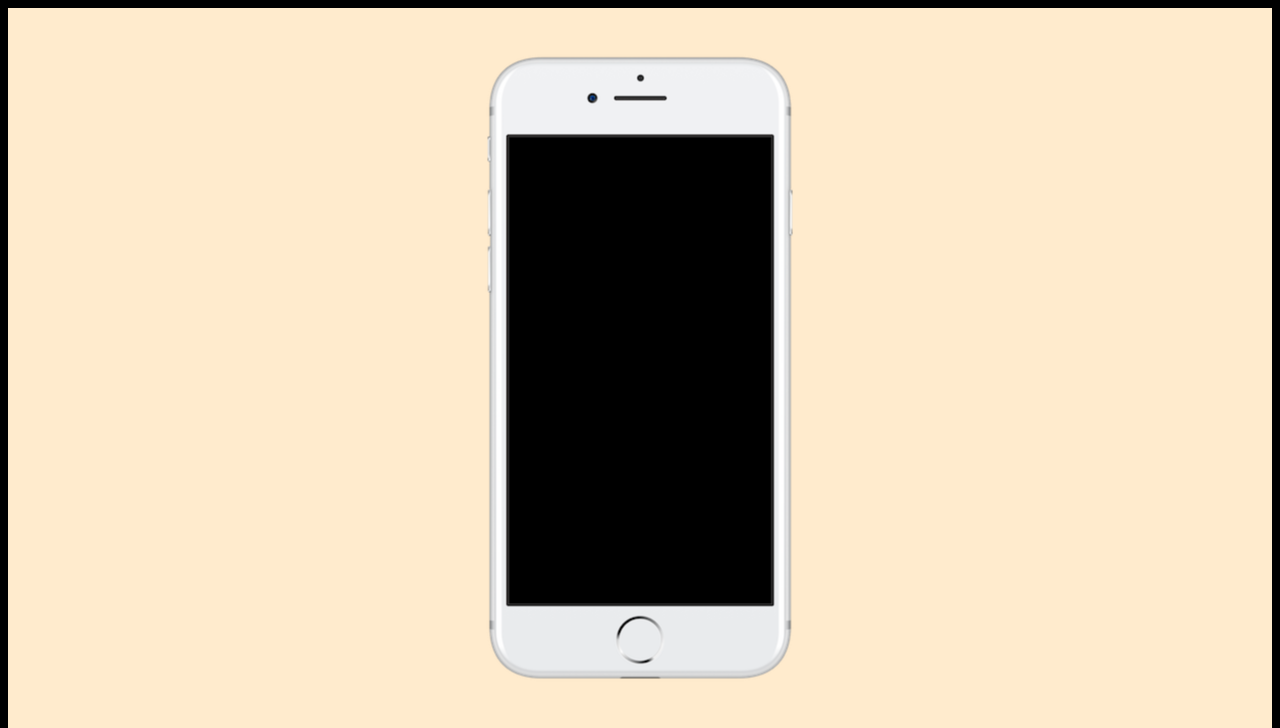
Repository: DorivalJunior14/Projeto-social
Page: index.html
These files come from the project's save history. The page is drawn as it stood at one moment and after a run of saves; the edit follows.
The browser window is 1280 px wide. The pictures show the whole page.

Above is the page before, as saved 2022-06-24 14:03:59.

### index.html
<!DOCTYPE html>
<html lang="pt-br">
<head>
    <meta charset="UTF-8">
    <meta http-equiv="X-UA-Compatible" content="IE=edge">
    <meta name="viewport" content="width=device-width, initial-scale=1.0">
    <link rel="shortcut icon" href="favicon.ico" type="image/x-icon">
    <link rel="stylesheet" href="estilos/style.css">
    <title>Projeto redes sociais</title>

</head>
<body>
  <main>
    <section id="telefone">
    </section>
    <section id="redes-sociais">
    </section>
  </main>
</body>
</html>

### estilos/style.css
@charset "UTF-8"

*{
    margin: 0px;
    padding: 0px;
    font-family: Arial, Helvetica, sans-serif;
}

html, body {
    height: 80vh;
    width: 10
    0vw;
    background-color: black;

}

main {
    position: relative;
    height: 100vh;
    background-color: blanchedalmond;
}

section#telefone {
    position: absolute;
    top: 50%;
    left: 50%;
    transform: translate(-50%,-50%);
    height: 627px;
    width: 311px;
    background-color: blue;
    background: url('../imagens/frame-iphone.png');
    transform: translate(-50%,-50%);


}

After the next 4 saves:
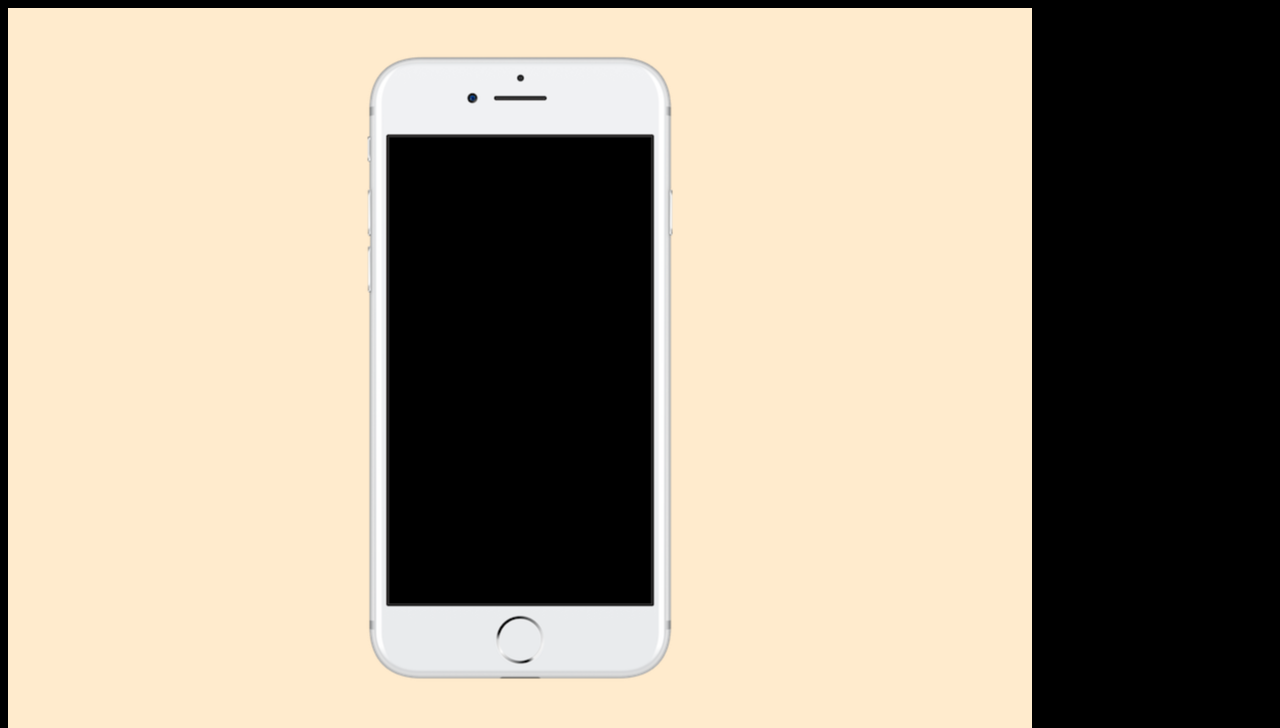
The 4 saves are shown as one change because they came seconds apart.
The last was saved 12 s later.
--- a/estilos/style.css
+++ b/estilos/style.css
@@ -8,8 +8,7 @@
 
 html, body {
     height: 80vh;
-    width: 10
-    0vw;
+    width: 80vw;
     background-color: black;
 
 }
